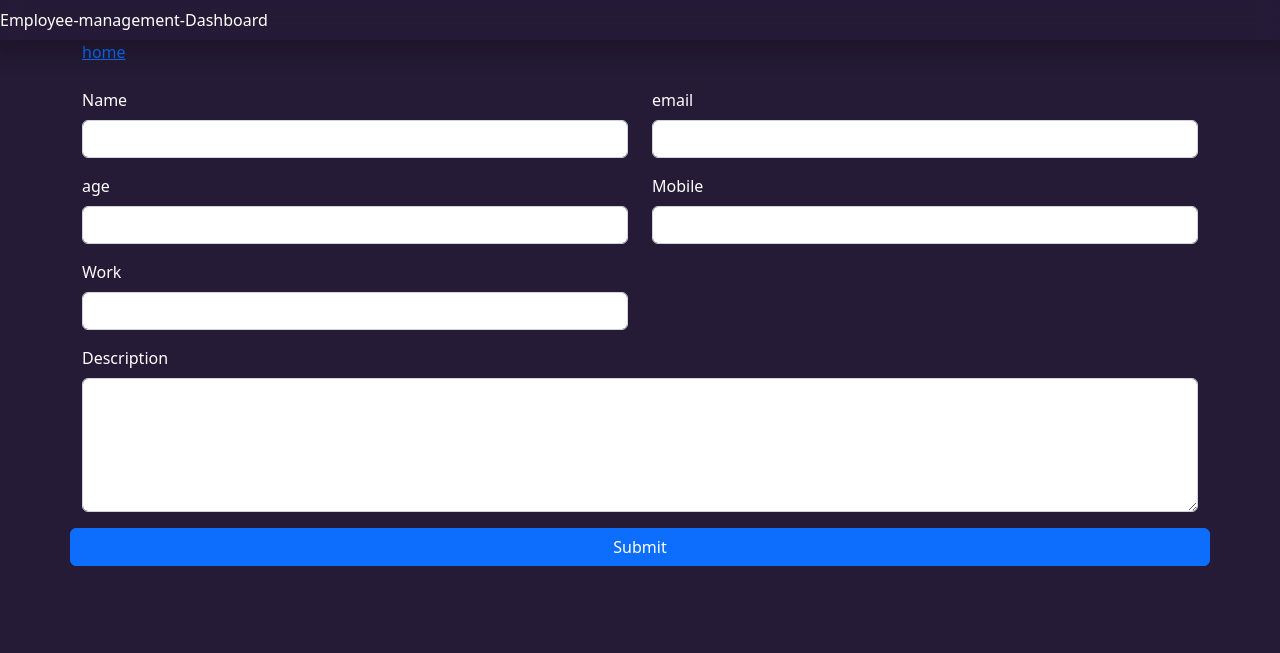
Repository: iamevs/Employee-Management-System
Page: /register (app in client/)
An editor plug-in stored every save of this project. The page is shown before and after the next save, followed by the edit.
The browser window is 1280 px wide. The pictures show the whole page.
The project was rebuilt for these pictures with package versions that can differ from the ones it lists, and the page was loaded fresh each time. Also part of the build but not shown: client/vite.config.js, client/src/components/Home.jsx, client/src/components/Edit.jsx, client/src/components/Hero.jsx. Imported but missing from the stored project, and not drawn on this page: client/src/components/Details.

Above is the page before, as saved 2022-11-28 23:22:40.

### client/index.html
<html lang="en">
  <head>
    <meta charset="UTF-8" />
    <link rel="icon" type="image/svg+xml" href="/vite.svg" />
    <meta name="viewport" content="width=device-width, initial-scale=1.0" />
    <title>employee-management</title>
  </head>
  <body>
    <div id="root"></div>
    <script type="module" src="/src/main.jsx"></script>
  </body>
</html>

### client/src/main.jsx
import React, { StrictMode } from 'react';
import ReactDOM from 'react-dom';
import { createRoot } from "react-dom/client";
import './index.css';
import App from './App';
import { BrowserRouter } from "react-router-dom"
import ContextProvider from "./components/context/ContextProvider";
// root.render(
//   <StrictMode>
//   <ContextProvider>
//     <BrowserRouter>
//       <App />
//     </BrowserRouter>
//   </ContextProvider>
//   </StrictMode>
//   ,
//   document.getElementById('root')
// );


createRoot(document.getElementById('root')).render(
  <ContextProvider>
    <BrowserRouter>
      <App />
    </BrowserRouter>
  </ContextProvider>
)

### client/src/index.css
body {
  margin: 0;
  font-family: -apple-system, BlinkMacSystemFont, 'Segoe UI', 'Roboto', 'Oxygen',
    'Ubuntu', 'Cantarell', 'Fira Sans', 'Droid Sans', 'Helvetica Neue',
    sans-serif;
  -webkit-font-smoothing: antialiased;
  -moz-osx-font-smoothing: grayscale;
  background-color: #251B37 !important;
  color: #fff !important;
}

code {
  font-family: source-code-pro, Menlo, Monaco, Consolas, 'Courier New',
    monospace;
}

.btns{
  display: flex;
  justify-content: space-between;
}

### client/src/App.jsx
import './App.css';
import "../node_modules/bootstrap/dist/css/bootstrap.min.css"
import "../node_modules/bootstrap/dist/js/bootstrap.bundle.min.js"
import Navbar from './components/Navbar';
import Home from './components/Home';
import Register from './components/Register';
import Edit from './components/Edit';
import Details from './components/Details';
import Hero from "./components/Hero.jsx";
import {Routes,Route} from "react-router-dom"




function App() {
  return (
   <>
    <Navbar />
    <Routes>
      <Route path="/" element={<Hero/>} />
      <Route  path="/home" element={<Home/>} />
      <Route exact path="/register" element={<Register/>} />
      <Route exact path="/edit/:id" element={<Edit/>} />
      <Route exact path="/view/:id" element={<Details/>} />
    </Routes>

   </>
  );
}

export default App;

### client/src/components/context/ContextProvider.jsx
import React, { createContext, useState } from 'react'


export const adddata = createContext("");
export const updatedata = createContext("");
export const deldata = createContext("");

const ContextProvider = ({ children }) => {

    const [udata, setUdata] = useState("");
    const [updata, setUPdata] = useState("");
    const [dltdata, setDLTdata] = useState("");


    return (
        <adddata.Provider value={{ udata, setUdata }}>
            <updatedata.Provider value={{ updata, setUPdata }}>
                <deldata.Provider value={{dltdata, setDLTdata}}>
                    {children}
                </deldata.Provider>

            </updatedata.Provider>

        </adddata.Provider>
    )
}

export default ContextProvider;

### client/src/App.css
.add_btn{
  text-align: right;
}

.container{
  overflow: auto;
}

.left_view h3{
  font-size: 21px;
}

.left_view p{
  font-weight: 600;
}

.left_view span{
  font-weight: 400;
}

.right_view p{
  font-weight: 600;
}


.right_view span{
  font-weight: 400;
}

### client/src/components/Navbar.jsx
import React from 'react'
import { NavLink } from 'react-router-dom'
import { Box, Stack } from "@mui/material";


const Navbar = () => {
    return (
        <Stack >
            <Box className="navbar navbar-expand-lg text-white" sx={{
                backgroundColor: "transparent",
                backdropFilter: "blur(10px) !important",
                position: "relative",
                color: "white",
                boxShadow: "4px 7px 20px 11px rgb(0 0 0 / 20%)",
            }}>
            <Box>Employee-management-Dashboard</Box>
            </Box>
        </Stack>
    )
}

export default Navbar

### client/src/components/Register.jsx
import React, { useContext, useState } from 'react'
import { NavLink, useNavigate } from 'react-router-dom'
import { adddata } from './context/ContextProvider';

var link = "http://localhost:8001/create";

const Register = () => {

    const { udata, setUdata } = useContext(adddata);

    const history = useNavigate();

    const [inpval, setINP] = useState({
        name: "",
        email: "",
        age: "",
        mobile: "",
        work: "",
        desc: ""
    })

    const setdata = (e) => {
        console.log(e.target.value);
        const { name, value } = e.target;
        setINP((preval) => {
            return {
                ...preval,
                [name]: value
            }
        })
    }


    const addinpdata = async (e) => {
        e.preventDefault();

        const { name, email, work, mobile, desc, age } = inpval;


        if (name == "") {
            alert("name is required")
        } else if (email == "") {
            alert("email is required")
        } else if (!email.includes("@")) {
            alert("enter valid email")
        } else if (work == "") {
            alert("work is required")
        } else if (mobile == "") {
            alert("mobile is required")
        } else if (age == "") {
            alert("age is required")
        } else {

            const res = await fetch(link, {
                method: "POST",
                headers: {
                    "Content-Type": "application/json"
                },
                body: JSON.stringify({
                    name, email, work, mobile, desc, age
                })
            });

            const data = await res.json();
            console.log(data);

            if (res.status === 422 || !data) {
                console.log("error ");
                alert("error");

            } else {
                history("/");
                setUdata(data)
                console.log("data added");

            }
        }

    }

    return (
        <div className="container">
            <NavLink to="/">home</NavLink>
            <form className="mt-4">
                <div className="row">
                    <div class="mb-3 col-lg-6 col-md-6 col-12">
                        <label for="exampleInputEmail1" class="form-label">Name</label>
                        <input type="text" value={inpval.name} onChange={setdata} name="name" class="form-control" id="exampleInputEmail1" aria-describedby="emailHelp" />
                    </div>
                    <div class="mb-3 col-lg-6 col-md-6 col-12">
                        <label for="exampleInputPassword1" class="form-label">email</label>
                        <input type="email" value={inpval.email} onChange={setdata} name="email" class="form-control" id="exampleInputPassword1" />
                    </div>
                    <div class="mb-3 col-lg-6 col-md-6 col-12">
                        <label for="exampleInputPassword1" class="form-label">age</label>
                        <input type="text" value={inpval.age} onChange={setdata} name="age" class="form-control" id="exampleInputPassword1" />
                    </div>
                    <div class="mb-3 col-lg-6 col-md-6 col-12">
                        <label for="exampleInputPassword1" class="form-label">Mobile</label>
                        <input type="number" value={inpval.mobile} onChange={setdata} name="mobile" class="form-control" id="exampleInputPassword1" />
                    </div>
                    <div class="mb-3 col-lg-6 col-md-6 col-12">
                        <label for="exampleInputPassword1" class="form-label">Work</label>
                        <input type="text" value={inpval.work} onChange={setdata} name="work" class="form-control" id="exampleInputPassword1" />
                    </div>
                    <div class="mb-3 col-lg-12 col-md-12 col-12">
                        <label for="exampleInputPassword1" class="form-label">Description</label>
                        <textarea name="desc" value={inpval.desc} onChange={setdata} className="form-control" id="" cols="30" rows="5"></textarea>
                    </div>

                    <button type="submit" onClick={addinpdata} class="btn btn-primary">Submit</button>
                </div>
            </form>
        </div>
    )
}
export default Register;

After the next save:
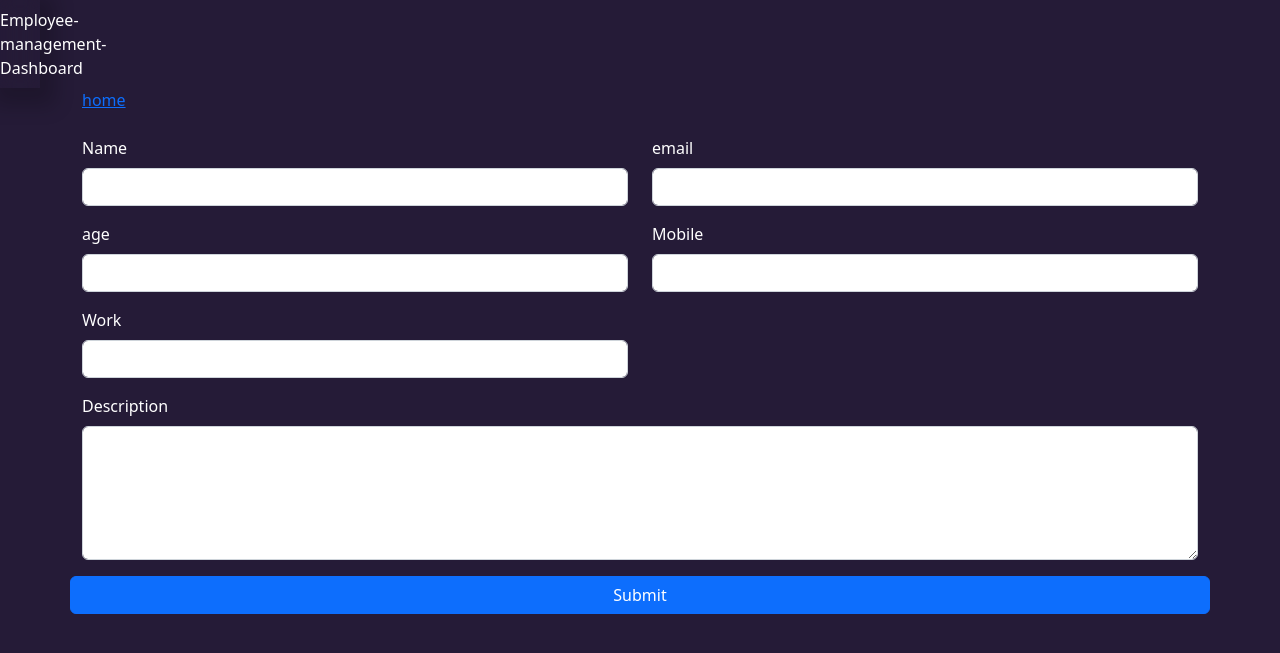
Saved 26 s later.
--- a/client/src/components/Navbar.jsx
+++ b/client/src/components/Navbar.jsx
@@ -12,6 +12,7 @@
                 position: "relative",
                 color: "white",
                 boxShadow: "4px 7px 20px 11px rgb(0 0 0 / 20%)",
+                width: "40px",
             }}>
             <Box>Employee-management-Dashboard</Box>
             </Box>

After the save that followed:
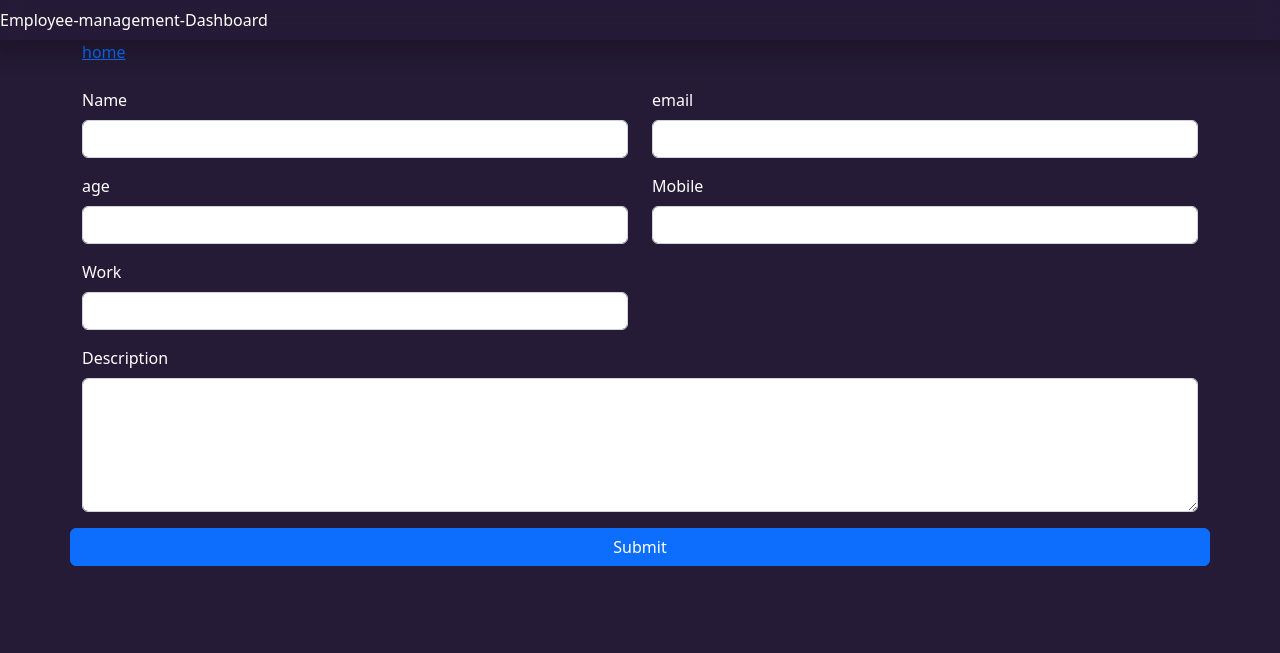
Saved 9 s later.
--- a/client/src/components/Navbar.jsx
+++ b/client/src/components/Navbar.jsx
@@ -12,7 +12,7 @@
                 position: "relative",
                 color: "white",
                 boxShadow: "4px 7px 20px 11px rgb(0 0 0 / 20%)",
-                width: "40px",
+                height: "40px",
             }}>
             <Box>Employee-management-Dashboard</Box>
             </Box>
